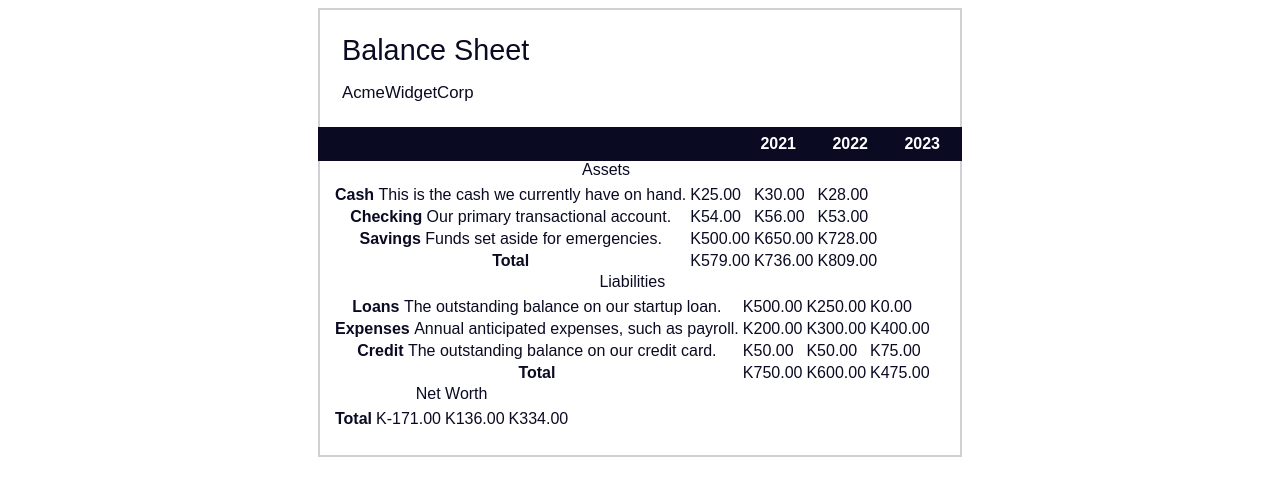
Repository: Lungdjos/balance_shee
Page: index.html
An editor plug-in stored every save of this project. The page is shown before and after a run of saves, followed by the edit.
The browser window is 1280 px wide. The pictures show the whole page.

Above is the page before, as saved 2023-11-04 22:09:16.

After the next 2 saves:
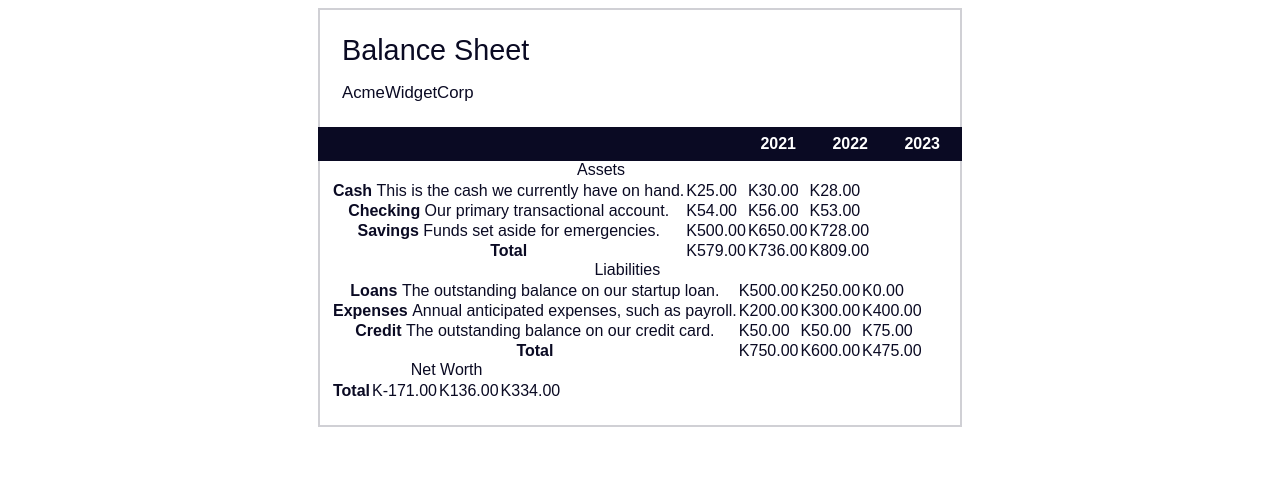
The 2 saves are shown as one change because they came seconds apart.
The last was saved 8 s later.
--- a/styles.css
+++ b/styles.css
@@ -78,5 +78,5 @@
 }
 
 table {
-    border
+    border-collapse: collapse;
 }

After the save that followed:
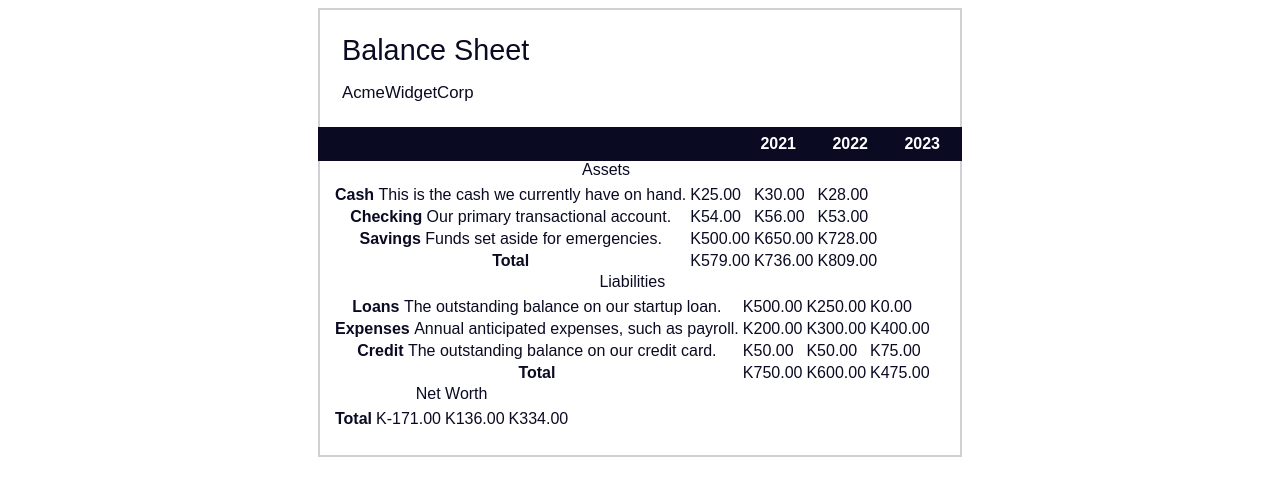
Saved 60 s later.
--- a/styles.css
+++ b/styles.css
@@ -78,5 +78,5 @@
 }
 
 table {
-    border-collapse: collapse;
+    border-collapse: collapse border;
 }
